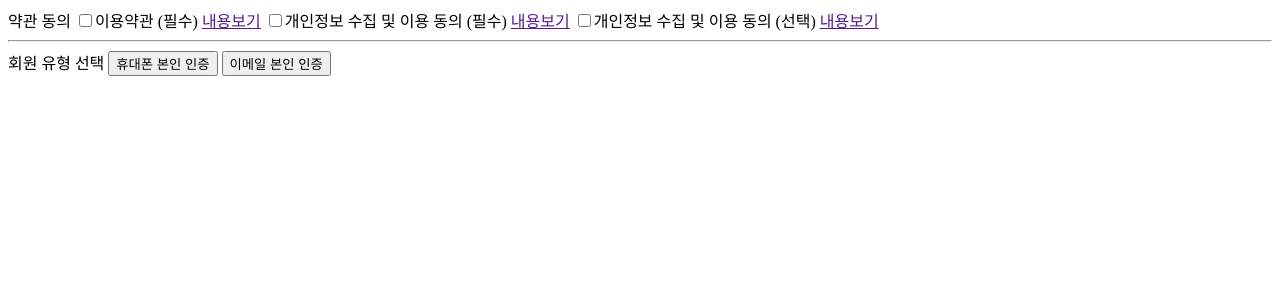
Repository: leehyeonung/project6
Page: http://localhost/book/WEB-INF/views/member/join-ts.jsp
These files come from the project's save history. The page is drawn as it stood at one moment and after the next save; the edit follows.
The browser window is 1280 px wide. The pictures show the whole page.
The page is served by Tomcat 9. Nobody is signed in. The template is opened directly, without the code that normally fills it, so the values that code supplies are empty.

Above is the page before, as saved 2023-01-02 15:40:12.

After the next save:
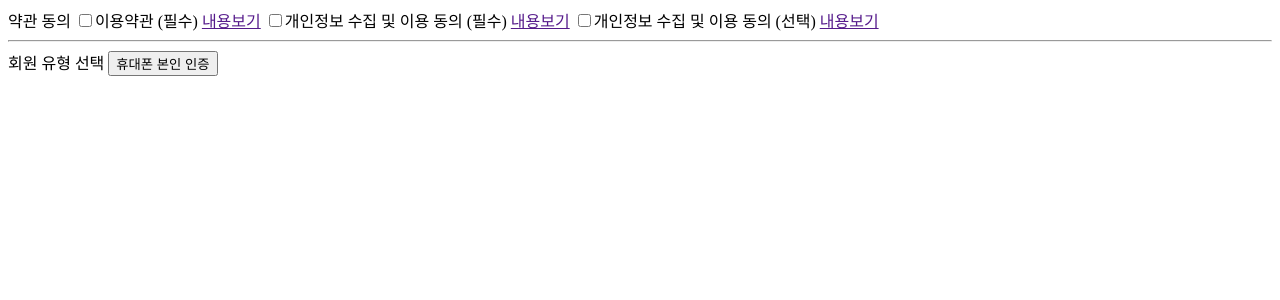
Saved 6 min 58 s later.
--- a/book/src/main/webapp/WEB-INF/views/member/join-ts.jsp
+++ b/book/src/main/webapp/WEB-INF/views/member/join-ts.jsp
@@ -15,6 +15,6 @@
 <hr>
 회원 유형 선택
 <a><button>휴대폰 본인 인증</button></a>
-<a><button>이메일 본인 인증</button></a>
+
 </body>
 </html>
